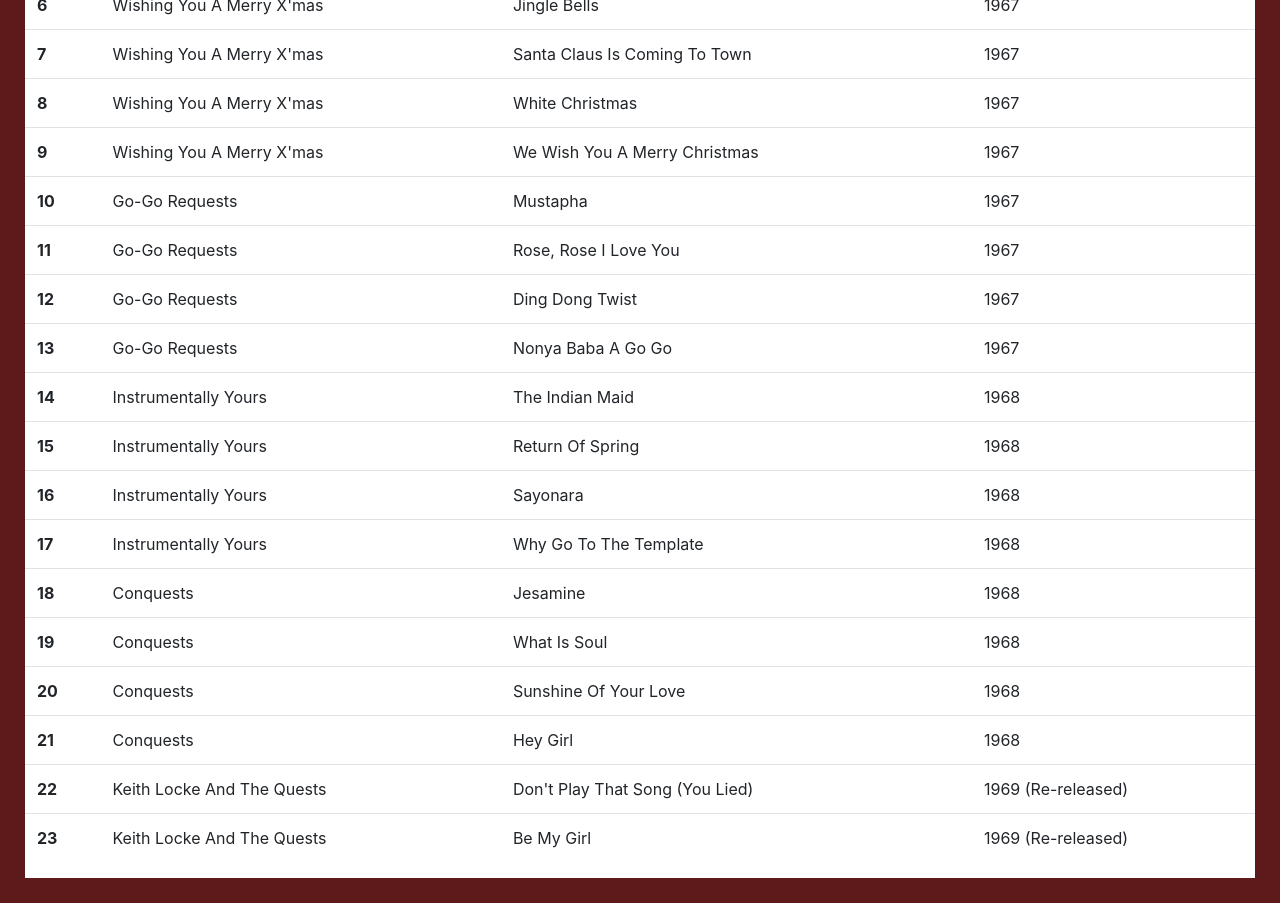
Repository: SamLookingGlass/User-Centric-Frontend-Development-Project
Page: music.html
The author's editor kept a record of every edit. The page is drawn from the files as they stood at one moment, then again after the next edit.
The browser window is 1280 px wide. The pictures show the part of the page from y = 977 to 1929 px (the page is 1880 px tall before and 1929 px after).
Some web libraries are served in a nearby version.

Above is the page before.

After the next edit:
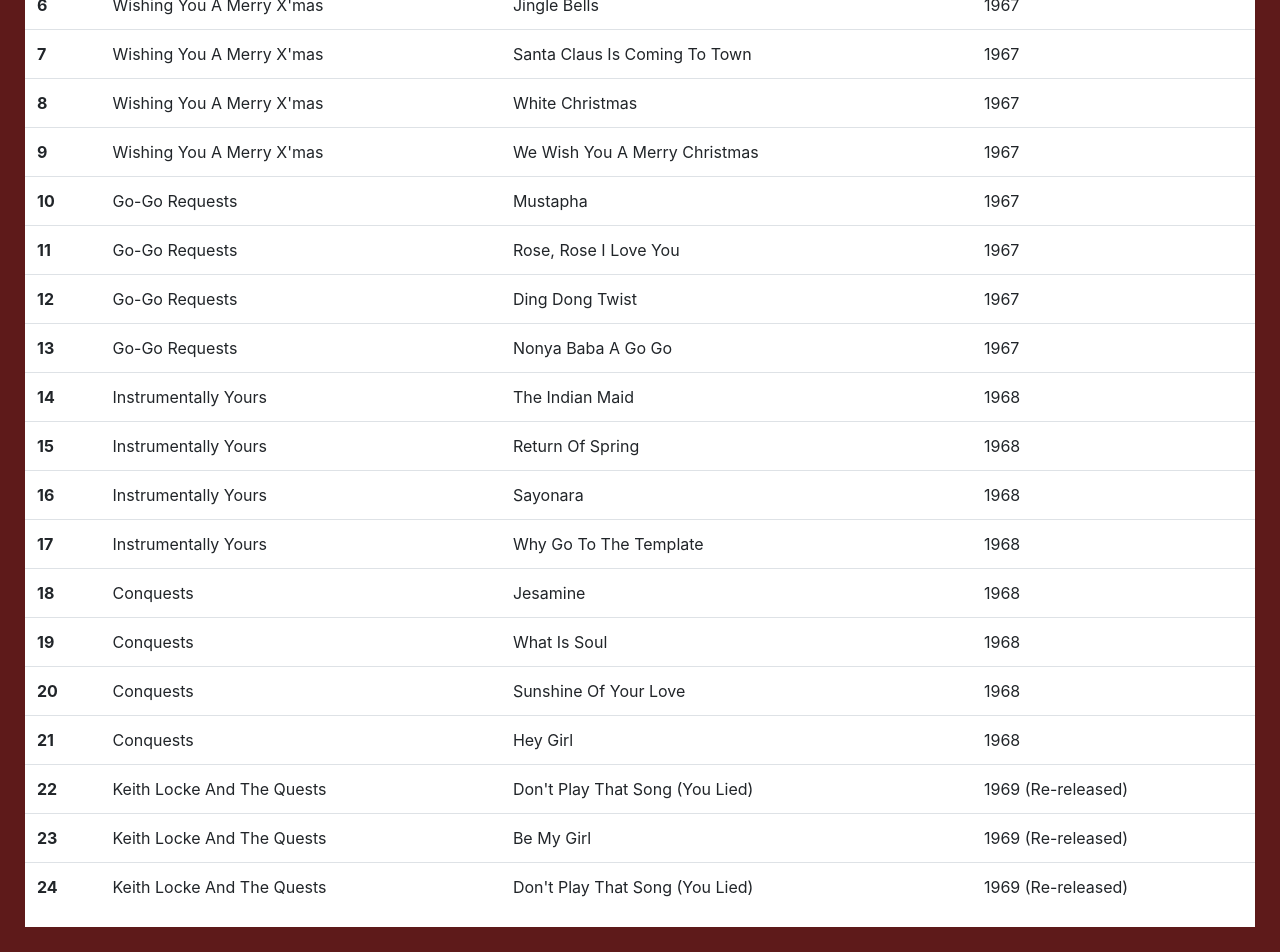
The edit:
--- a/music.html
+++ b/music.html
@@ -227,6 +227,12 @@
       <td>Be My Girl</td>
       <td>1969 (Re-released)</td>
     </tr>
+    <tr>
+      <th scope="row">24</th>
+      <td>Keith Locke And The Quests</td>
+      <td>Don't Play That Song (You Lied)</td>
+      <td>1969 (Re-released)</td>
+    </tr>
   </tbody>
 </table>
     </section>
